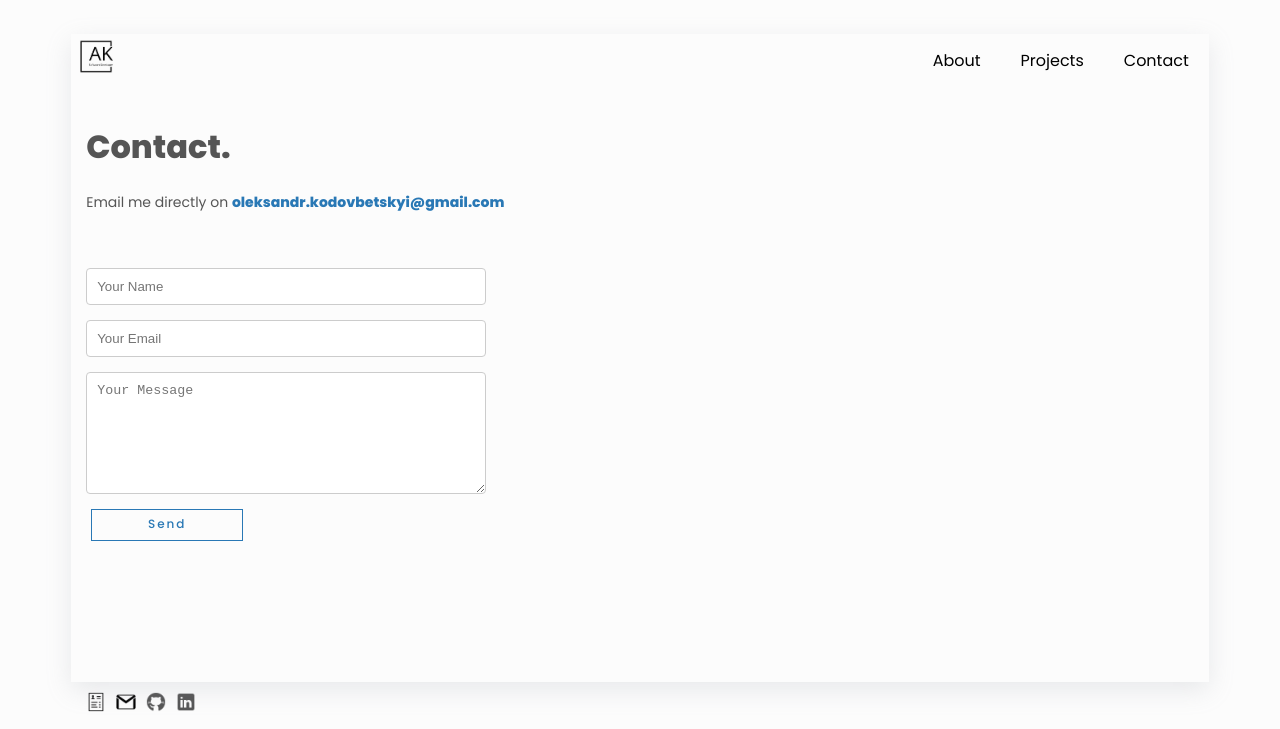
Repository: OKodovbetskyi/Portfolio
Page: /contact-me
These files come from the project's save history. The page is drawn as it stood at one moment and after the next save; the edit follows.
The browser window is 1280 px wide. The pictures show the whole page.
The project was rebuilt for these pictures with package versions that can differ from the ones it lists, and the page was loaded fresh each time. Also part of the build but not shown: src/components/Skills.css, src/components/Skills.js, src/components/Home/Home.css, src/components/AboutMe/AboutMe.css, src/components/AboutMe/AboutMe.js, src/components/Home/Home.js, src/components/Education.js, src/components/ProjectTab.css and 5 more.

Above is the page before, as saved 2023-11-21 22:59:38.

After the next save:
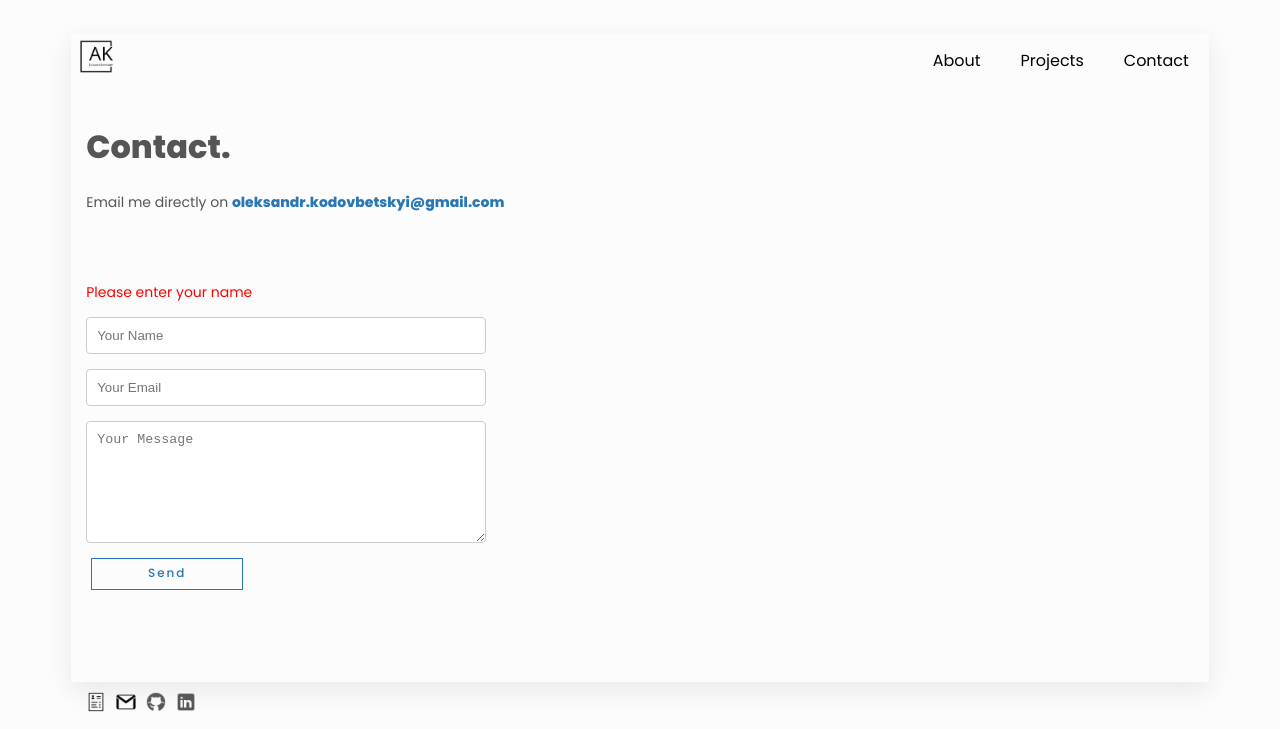
Saved 29 s later.
--- a/src/components/Contact.js
+++ b/src/components/Contact.js
@@ -7,7 +7,7 @@
   const [email, setEmail] = useState("");
   const [message, setMessage] = useState("");
   const [messageSent, setMessageSent] = useState(false);
-  const [errors, setErrors] = useState([]);
+  const [errors, setErrors] = useState(["name"]);
 
   const handleSubmit = async (e) => {
     // Handle form submission logic here

After the 2 saves that followed:
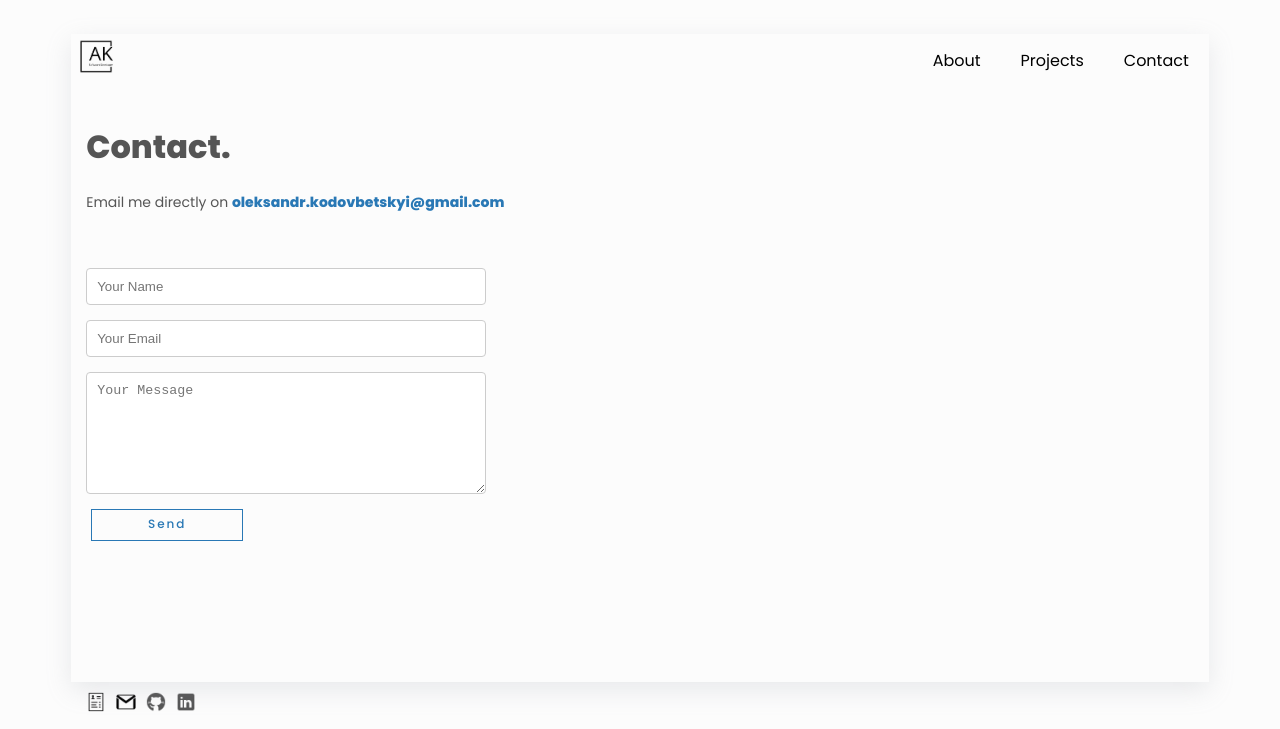
The 2 saves are shown as one change because 1 left the picture as it was.
The last was saved 72 s later.
--- a/src/components/Contact.js
+++ b/src/components/Contact.js
@@ -7,7 +7,7 @@
   const [email, setEmail] = useState("");
   const [message, setMessage] = useState("");
   const [messageSent, setMessageSent] = useState(false);
-  const [errors, setErrors] = useState(["name"]);
+  const [errors, setErrors] = useState([]);
 
   const handleSubmit = async (e) => {
     // Handle form submission logic here
@@ -41,12 +41,18 @@
           value={name}
           onChange={(e) => setName(e.target.value)}
         />
+        {errors.includes("email") && (
+          <p style={{ color: "red" }}>Please enter email</p>
+        )}
         <input
           type="email"
           placeholder="Your Email"
           value={email}
           onChange={(e) => setEmail(e.target.value)}
         />
+        {errors.includes("message") && (
+          <p style={{ color: "red" }}>Please enter some message</p>
+        )}
         <textarea
           placeholder="Your Message"
           value={message}
